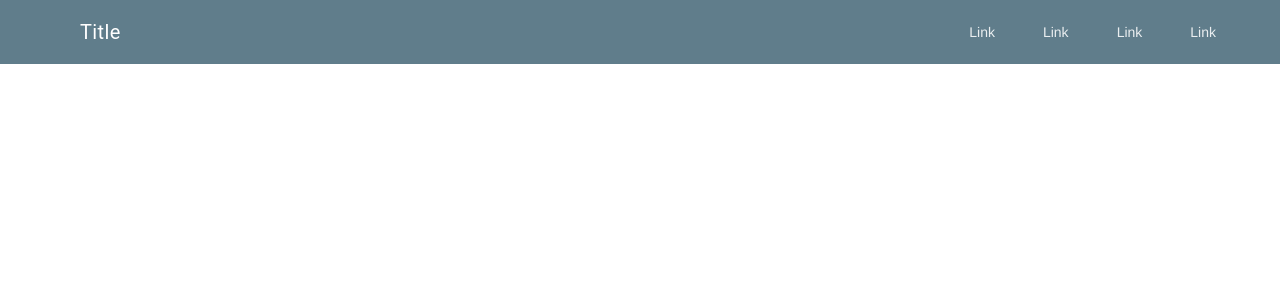
Repository: robertods/robertods.github.io
Page: my-pwa/index.html
These files come from the project's save history. The page is drawn as it stood at one moment and after the next save; the edit follows.
The browser window is 1280 px wide. The pictures show the whole page.

Above is the page before, as saved 2022-04-22 17:51:41.

After the next save:
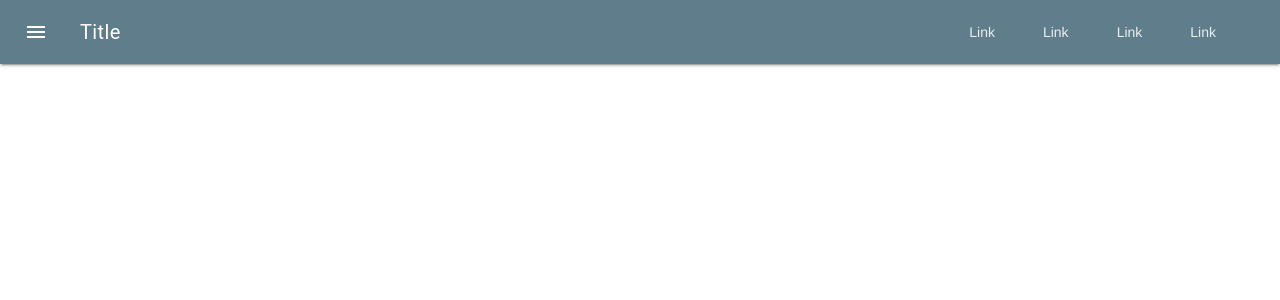
Saved 61 s later.
--- a/my-pwa/index.html
+++ b/my-pwa/index.html
@@ -10,6 +10,7 @@
 <body>
   <div id="app"></div>
 
+  <script src="./vendor/mdl/material.min.js"></script>
   <script type="module" src="app.js"></script>
 </body>
 </html>
